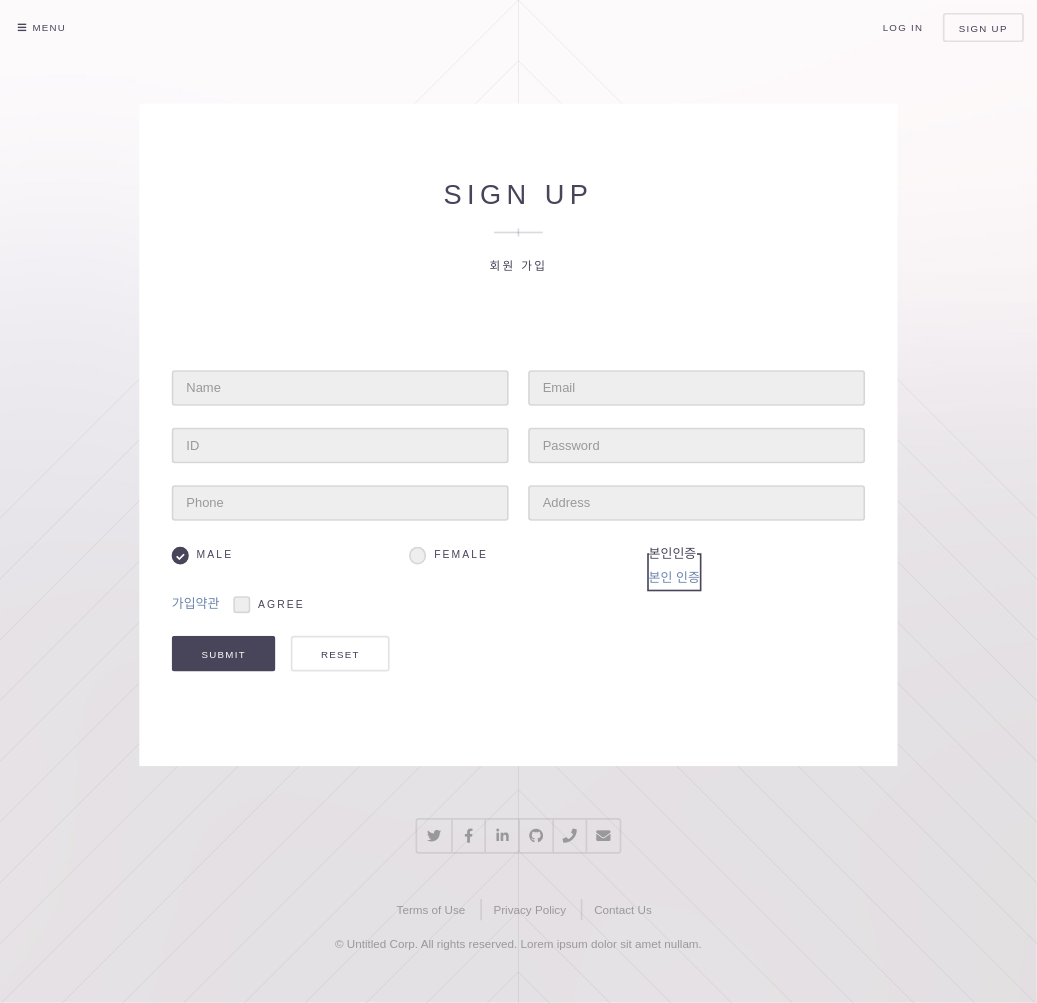
Repository: WKMoon/JavaScript-Project
Page: myFront/WebContent/signup.html
These files come from the project's save history. The page is drawn as it stood at one moment and after the next save; the edit follows.
The browser window is 1280 px wide. The pictures show the whole page, at 81% of full size.
Some web fonts or font styles are not loaded; a fallback is used.

Above is the page before, as saved 2021-03-01 22:48:19.

After the next save:
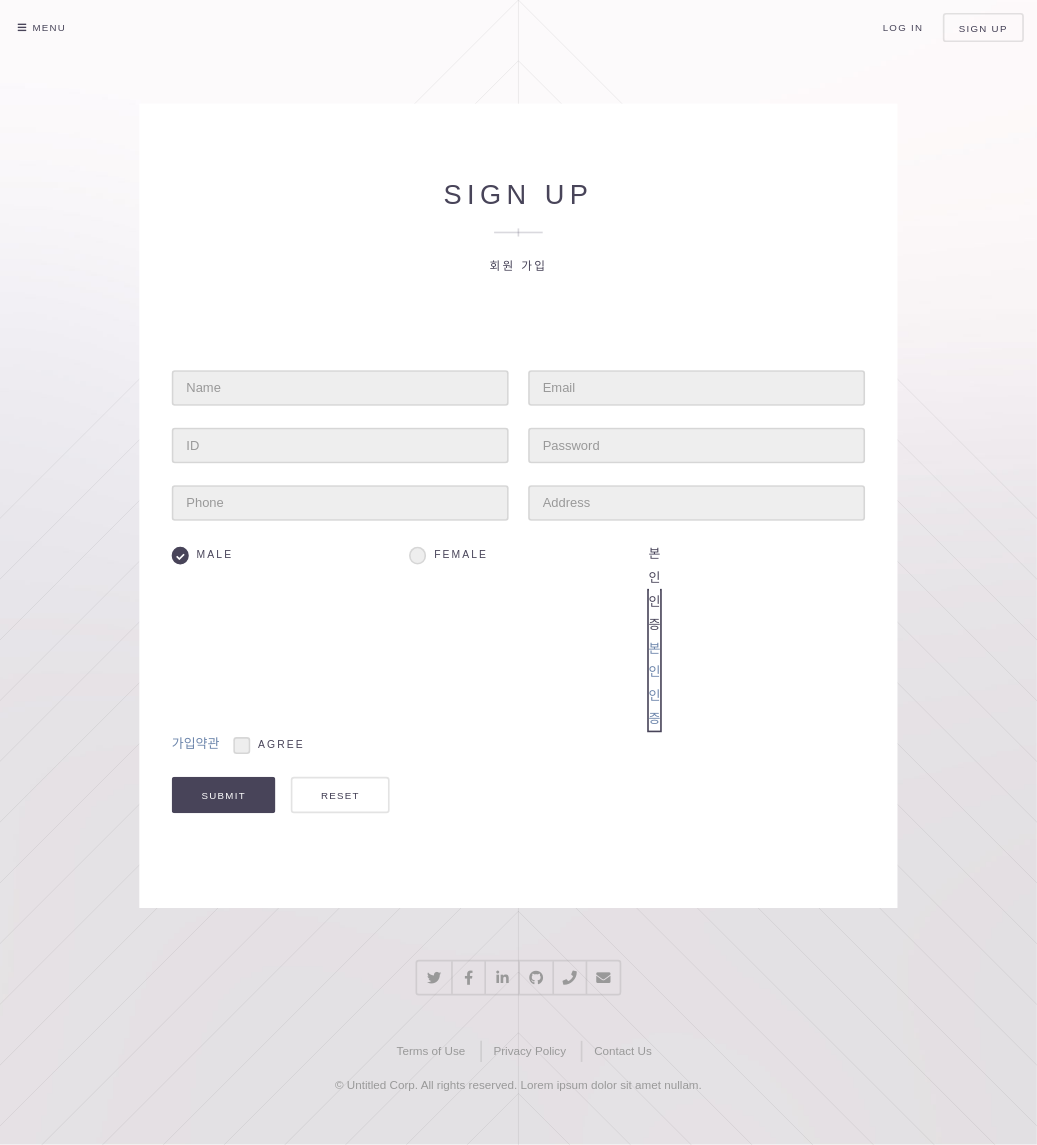
Saved 20 s later.
--- a/myFront/WebContent/signup.html
+++ b/myFront/WebContent/signup.html
@@ -78,7 +78,7 @@
 												<!-- Break -->
 
 												<div>
-													<fieldset style="border:2px solid">
+													<fieldset style="border:2px solid; width:10%;">
 
 													<legend>본인인증</legend>
 													<a href="identification.html"style="text-decoration: none;">본인 인증</a>
